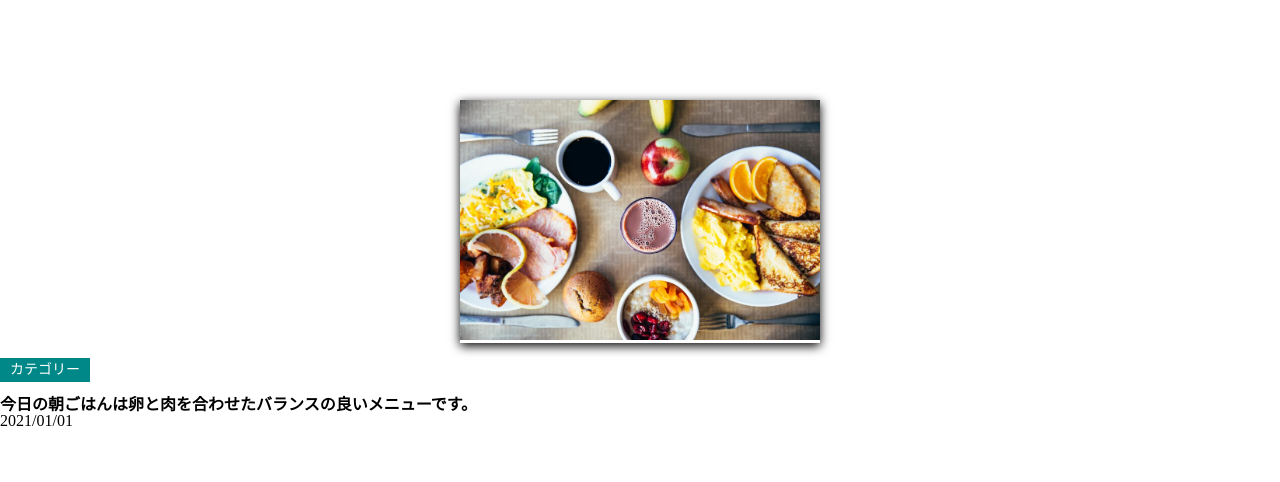
Repository: yosuke257/20231104_watanabe_css
Page: coachtech/html-css/index.html
These files come from the project's save history. The page is drawn as it stood at one moment and after the next save; the edit follows.
The browser window is 1280 px wide. The pictures show the whole page.

Above is the page before, as saved 2023-10-23 00:26:58.

After the next save:
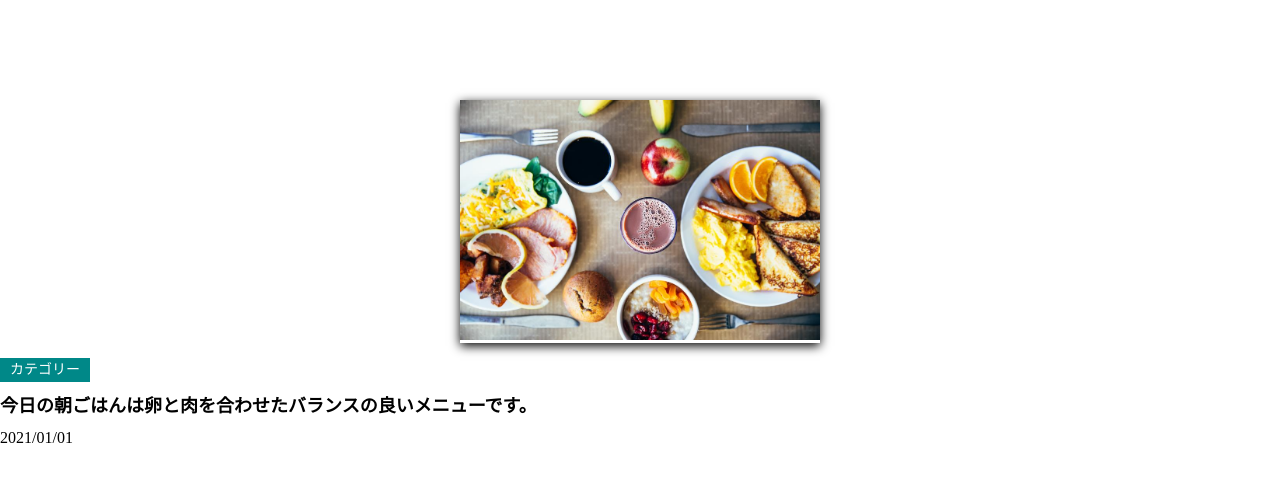
Saved 51 s later.
--- a/coachtech/html-css/css/style.css
+++ b/coachtech/html-css/css/style.css
@@ -18,5 +18,7 @@
 }
 
 .card__content-ttl{
+    font-size: 18px;
+    margin-bottom: 15px;
 
 }
